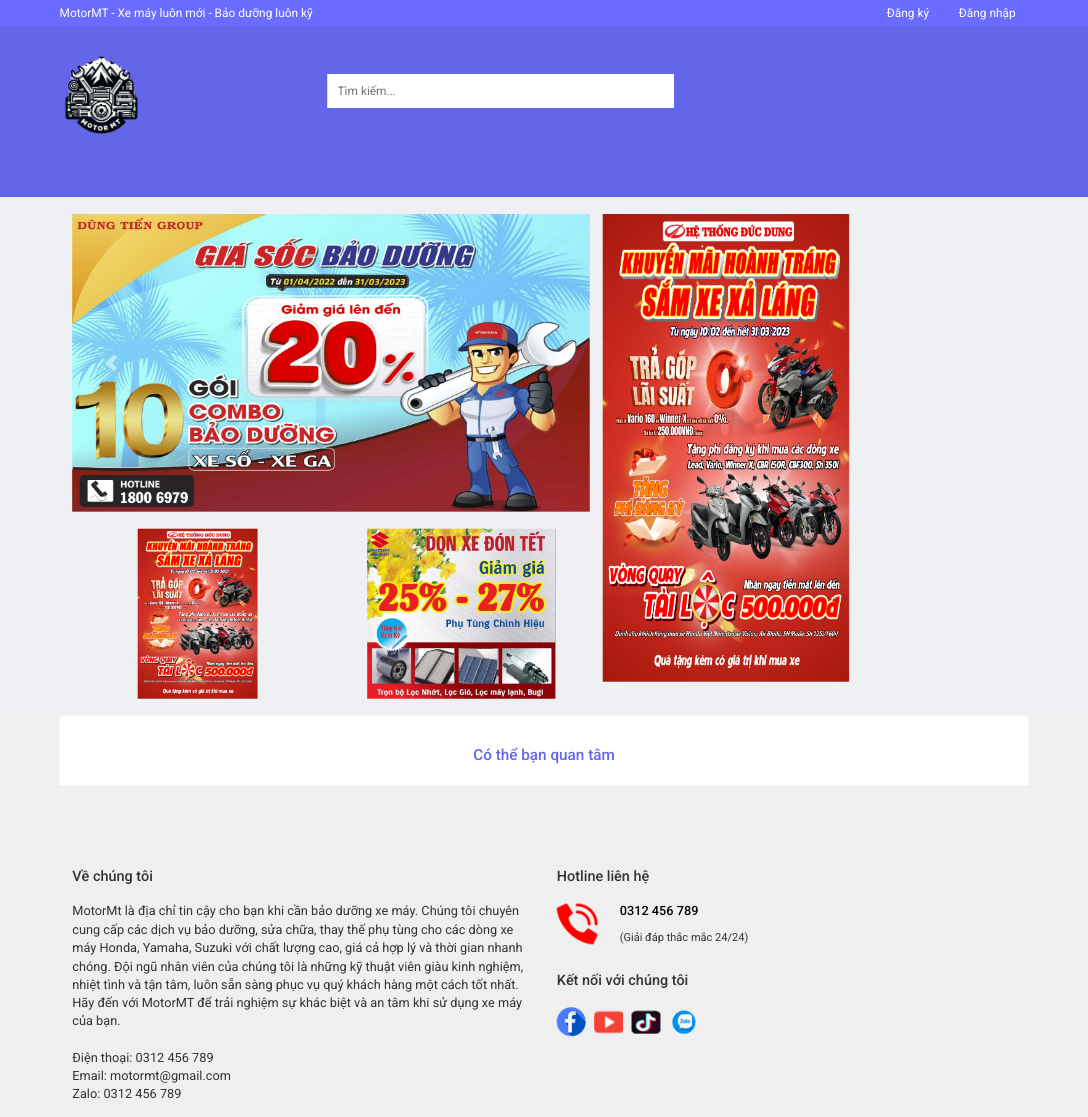
Repository: ThieuDV091002/MotorMaintain
Page: http://localhost/index
The author's editor kept a copy of each file at every save. The page is drawn from the files as they stood at one save, then again after the next save.
The browser window is 1280 px wide. The pictures show the whole page, at 85% of full size.
Some web fonts or font styles are not loaded; a fallback is used. The page is this project's Thymeleaf template; nobody is signed in. The template is opened directly, without the code that normally fills it, so the values that code supplies are empty.

Above is the page before, as saved 2024-01-29 11:33:35.
Console error: TypeError: Cannot read properties of null (reading 'style')

After the next save:
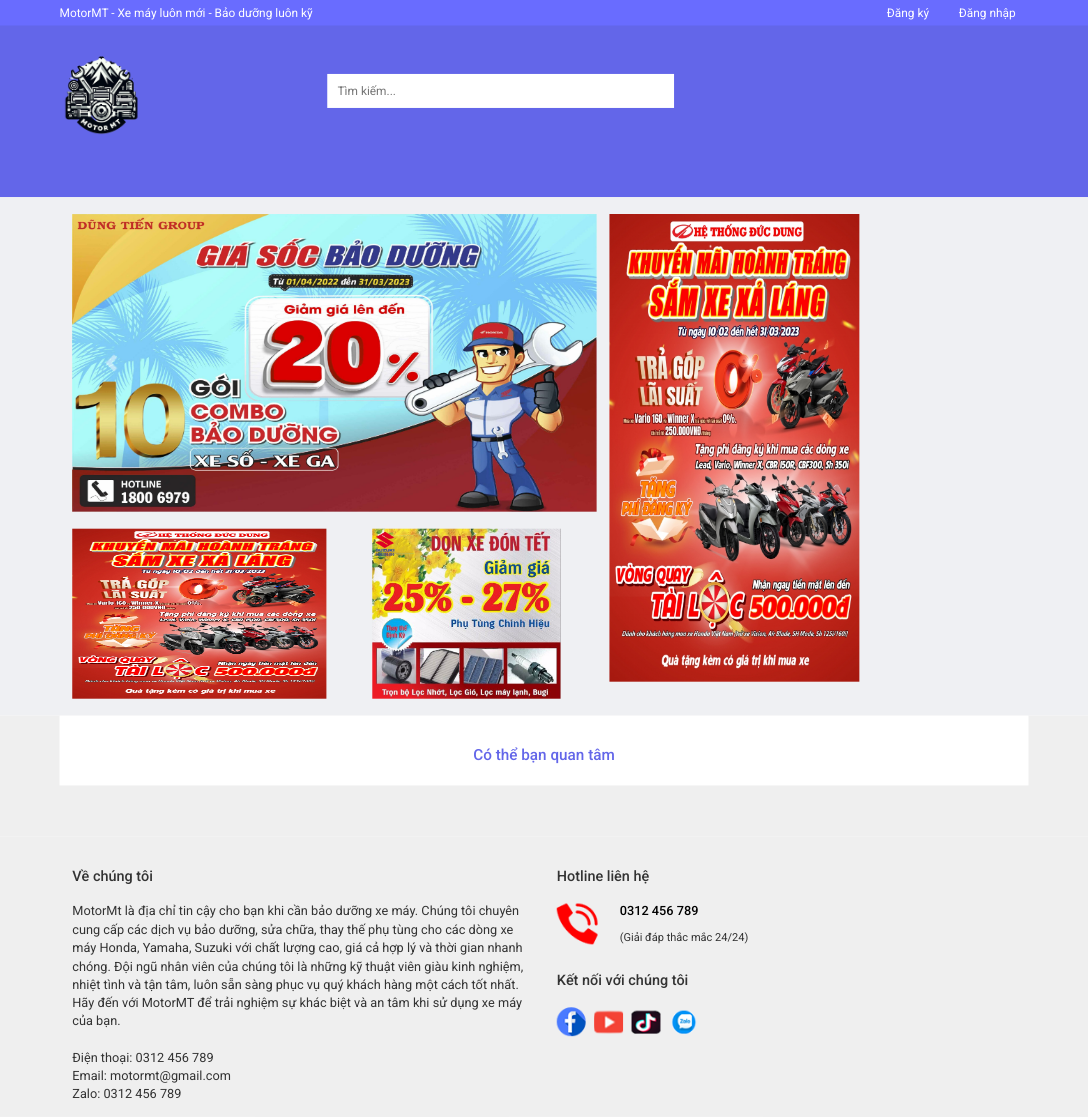
Saved 58 s later.
--- a/MotorMaintainnanceProject/MotorMaintainanceWebParent/MotorMaintainanceFrontEnd/src/main/resources/templates/index.html
+++ b/MotorMaintainnanceProject/MotorMaintainanceWebParent/MotorMaintainanceFrontEnd/src/main/resources/templates/index.html
@@ -149,7 +149,7 @@
 							<div class="slide__left-bottom">
 								<div class="slide__left-botom-one">
 									<img th:src="@{image/khuyen-mai-hoanh-trang-sam-xe-xa-lang-1ejis5wd.jpg}"
-										style="height: 200px"
+										style="height: 200px; width: 300px"
 										 class="slide__left-bottom-one-img">
 								</div>
 								<div class="slide__left-bottom-two">
